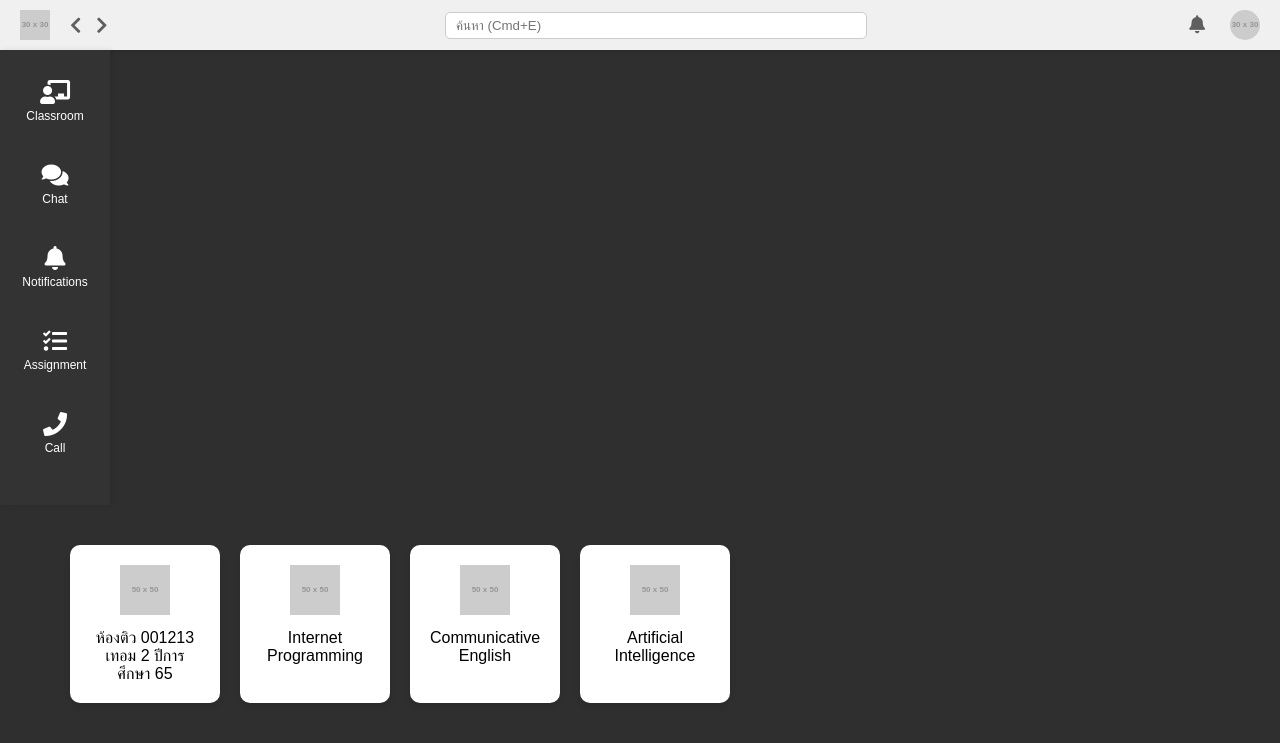
Repository: praifas16/ProPro
Page: docs/studenthead.html
These files come from the project's save history. The page is drawn as it stood at one moment and after the next save; the edit follows.
The browser window is 1280 px wide. The pictures show the whole page.

Above is the page before, as saved 2024-08-21 20:34:33.

After the next save:
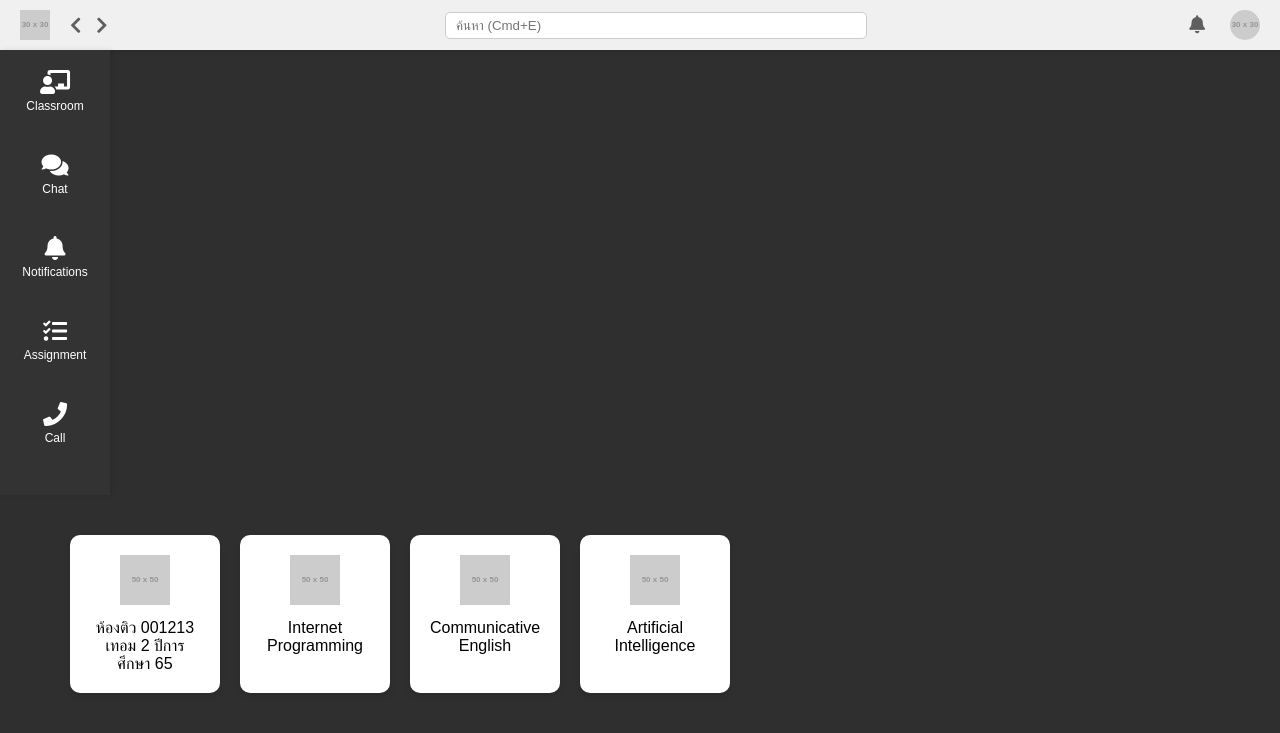
Saved 2 min 6 s later.
--- a/docs/studenthead.html
+++ b/docs/studenthead.html
@@ -103,7 +103,7 @@
       }
 
       .menu-items {
-        margin-top: 0px; /* เพิ่มระยะห่างด้านบน เพื่อให้ตรงกับบ็อกสี่เหลี่ยม */
+        margin-top: -10px; /* ขยับเมนูขึ้นไปด้านบน */
       }
 
       .sidebar a {
